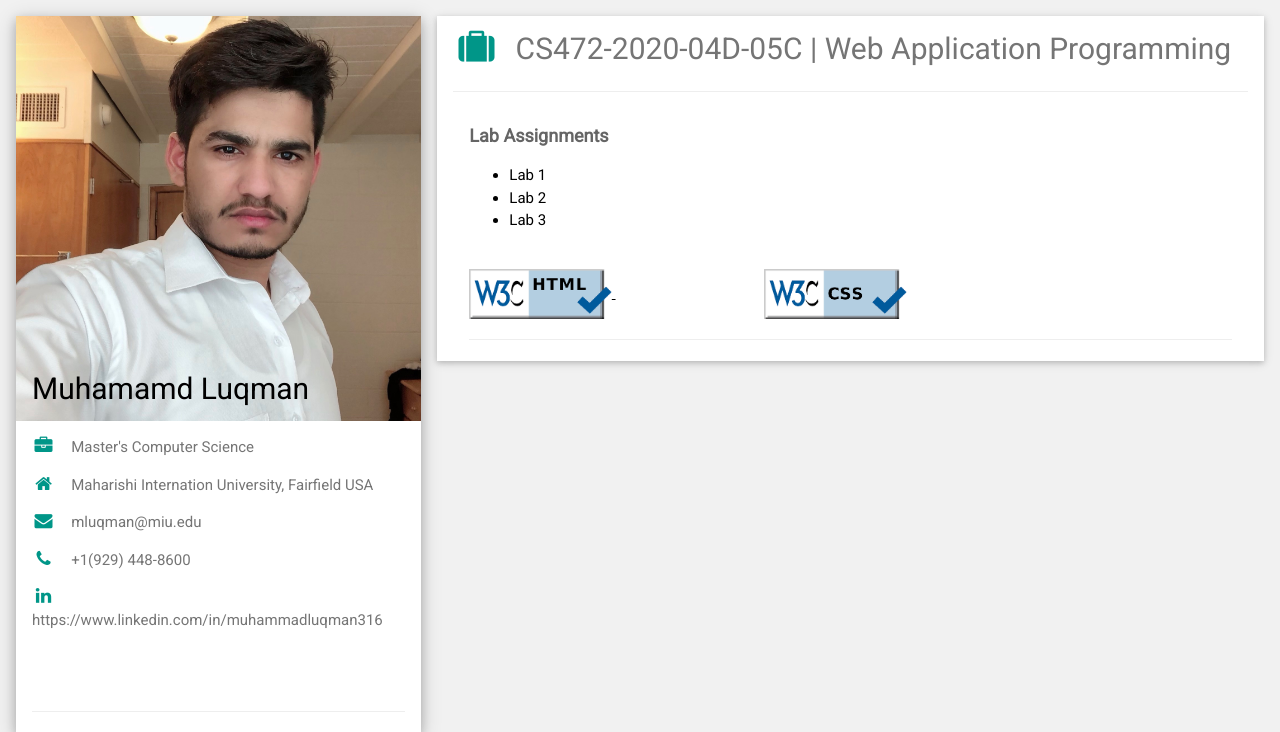
Repository: luqmang316/luqmang316.github.io
Page: index.html
The author's editor kept a copy of each file at every save. The page is drawn from the files as they stood at one save, then again after the next save.
The browser window is 1280 px wide. The pictures show the whole page.

Above is the page before, as saved 2021-06-27 22:00:43.

After the next save:
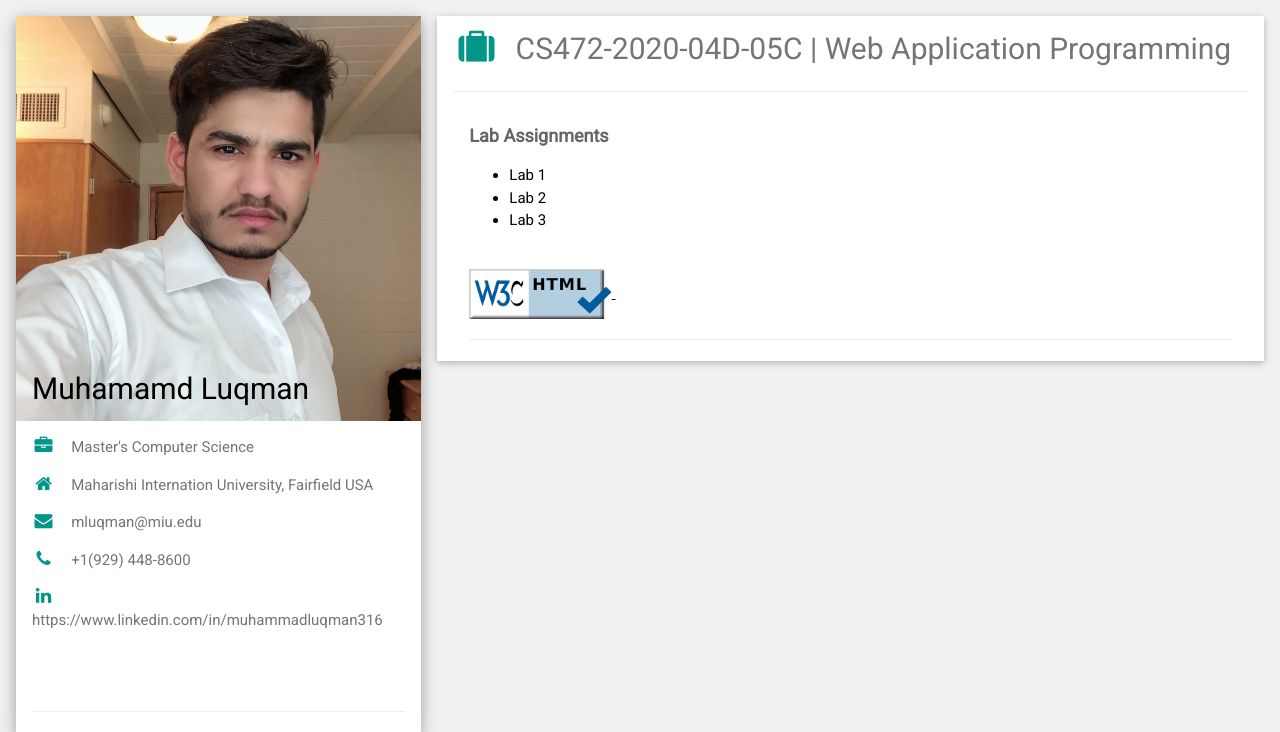
Saved 83 s later.
--- a/index.html
+++ b/index.html
@@ -124,10 +124,10 @@
             </i>
                         <i> &nbsp; &nbsp; &nbsp; &nbsp; &nbsp; &nbsp; &nbsp; &nbsp; &nbsp; &nbsp;   &nbsp; &nbsp; &nbsp; &nbsp; &nbsp; &nbsp; &nbsp; &nbsp; &nbsp; &nbsp; </i>
                         <i class="w3-hover-opacity">
-            <a href="https://jigsaw.w3.org/css-validator/check/referer">
+            <!-- <a href="https://jigsaw.w3.org/css-validator/check/referer">
               <img src="./images/w3ccssvalidlogo.png" alt="W3C HTML Validator" height="50">
             </a>
-           </i>
+           </i> -->
 
                         <br>
                         <hr>
